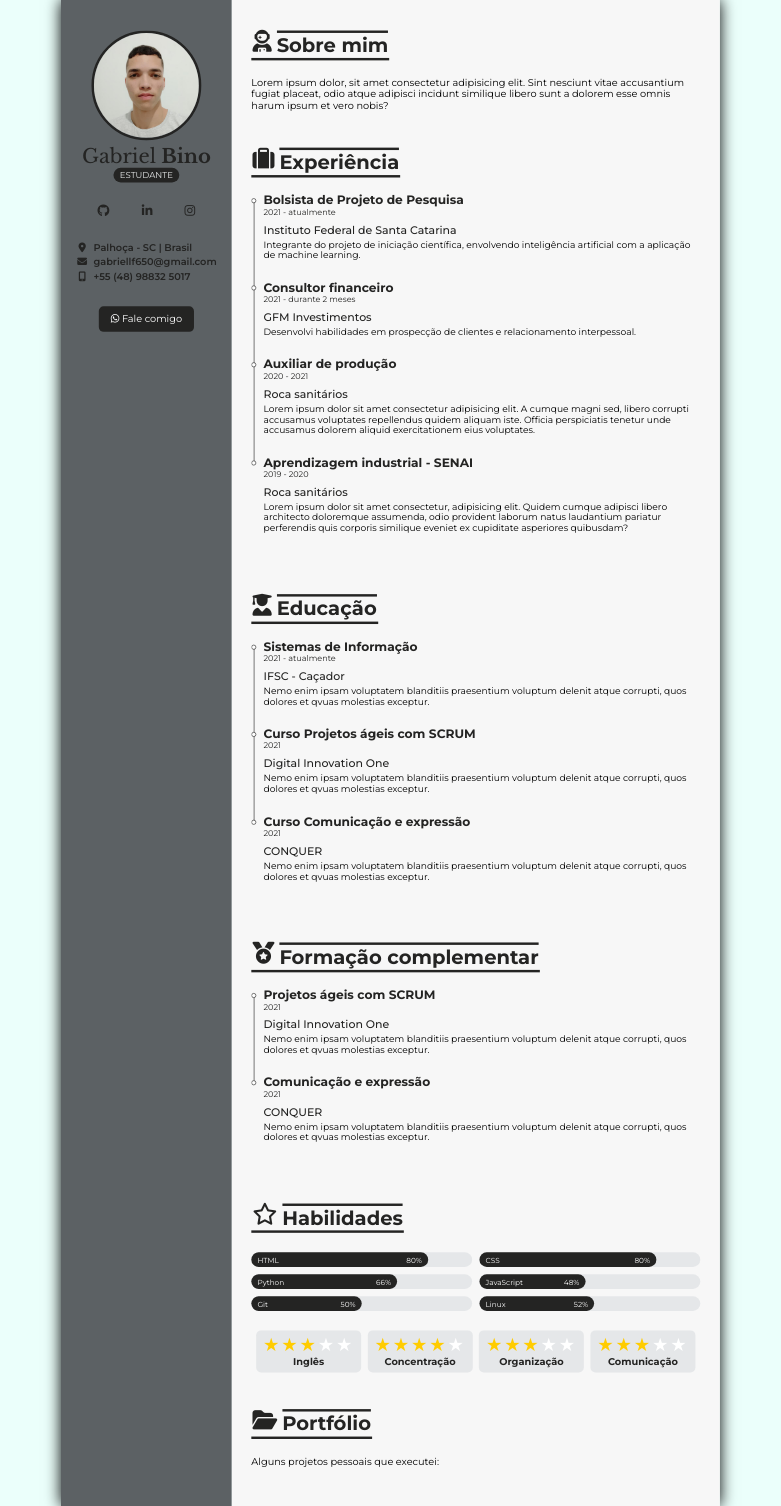
Repository: gabrielbino/curriculoResponsivo
Page: index.html
An editor plug-in stored every save of this project. The page is shown before and after the next save, followed by the edit.
The browser window is 1280 px wide. The pictures show the whole page, at 61% of full size.
Some web libraries are served in a nearby version.

Above is the page before, as saved 2021-10-19 20:03:35.

After the next save:
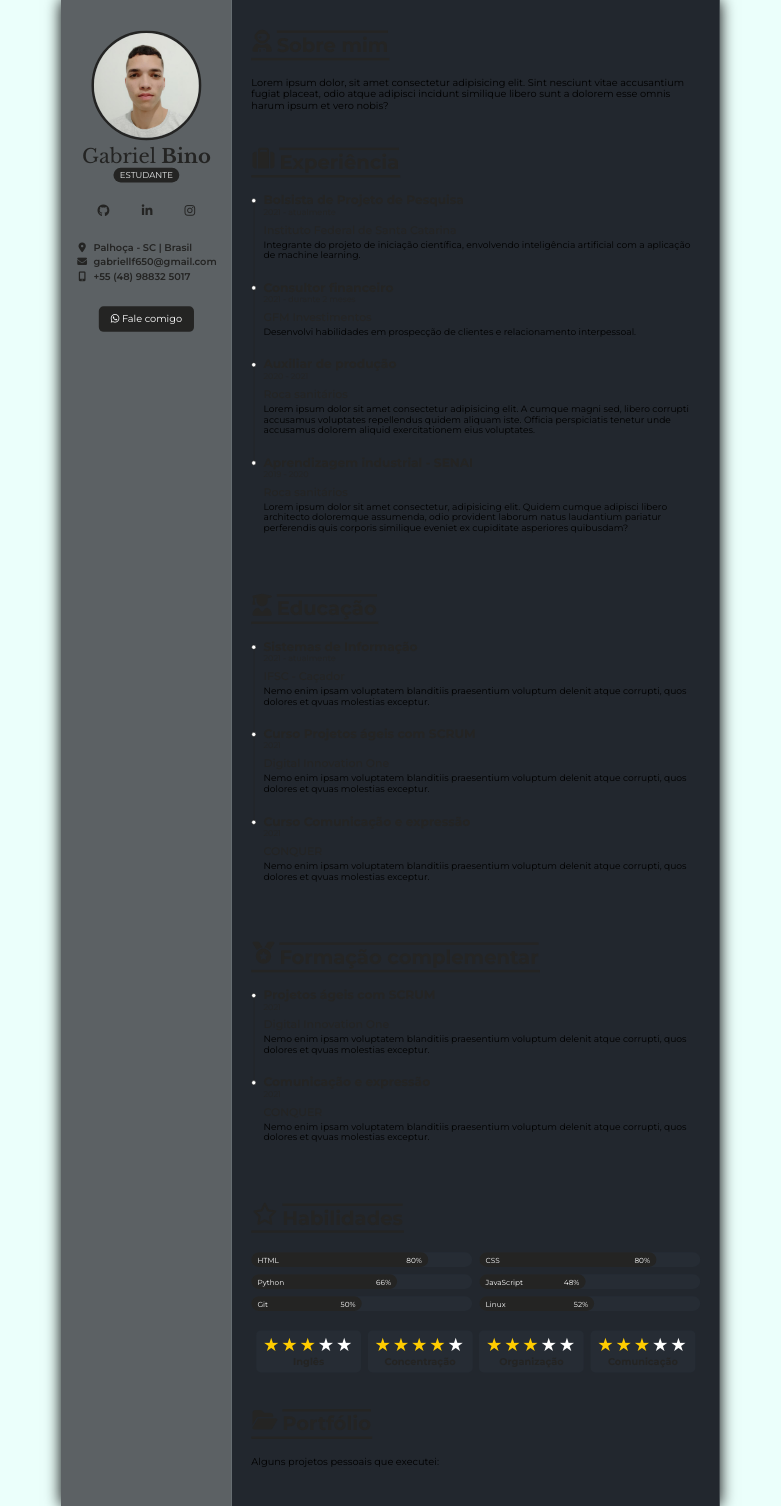
Saved 2 h 6 min later.
--- a/css/style.css
+++ b/css/style.css
@@ -117,7 +117,7 @@ aside {
 }
 
 section {
-  background-color: #f7f7f7;
+  background-color: #22272e;
   padding: 50px 32px 0;
   width: calc(100% - 280px);
 }
